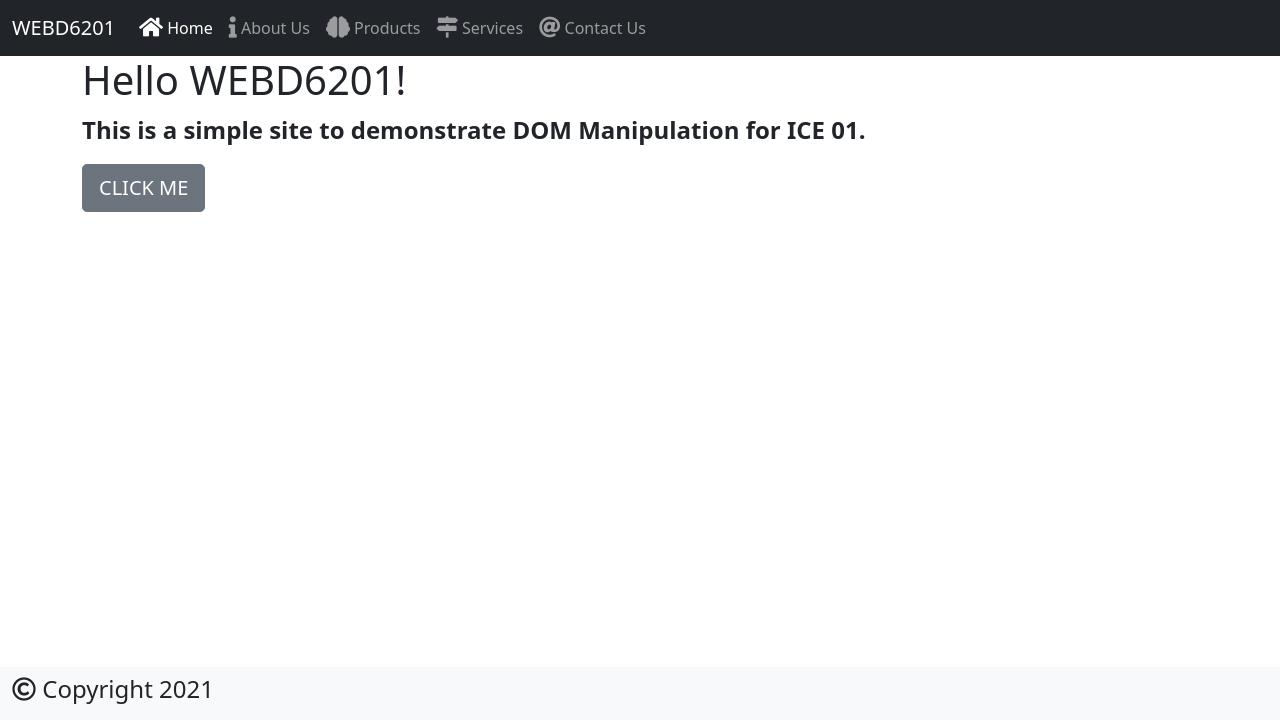
Repository: GarlicButterBoy/WEBD6201-Week1
Page: index.html
These files come from the project's save history. The page is drawn as it stood at one moment and after a run of saves; the edit follows.
The browser window is 1280 px wide. The pictures show the whole page.

Above is the page before, as saved 2021-01-20 09:43:42.

After the next 2 saves:
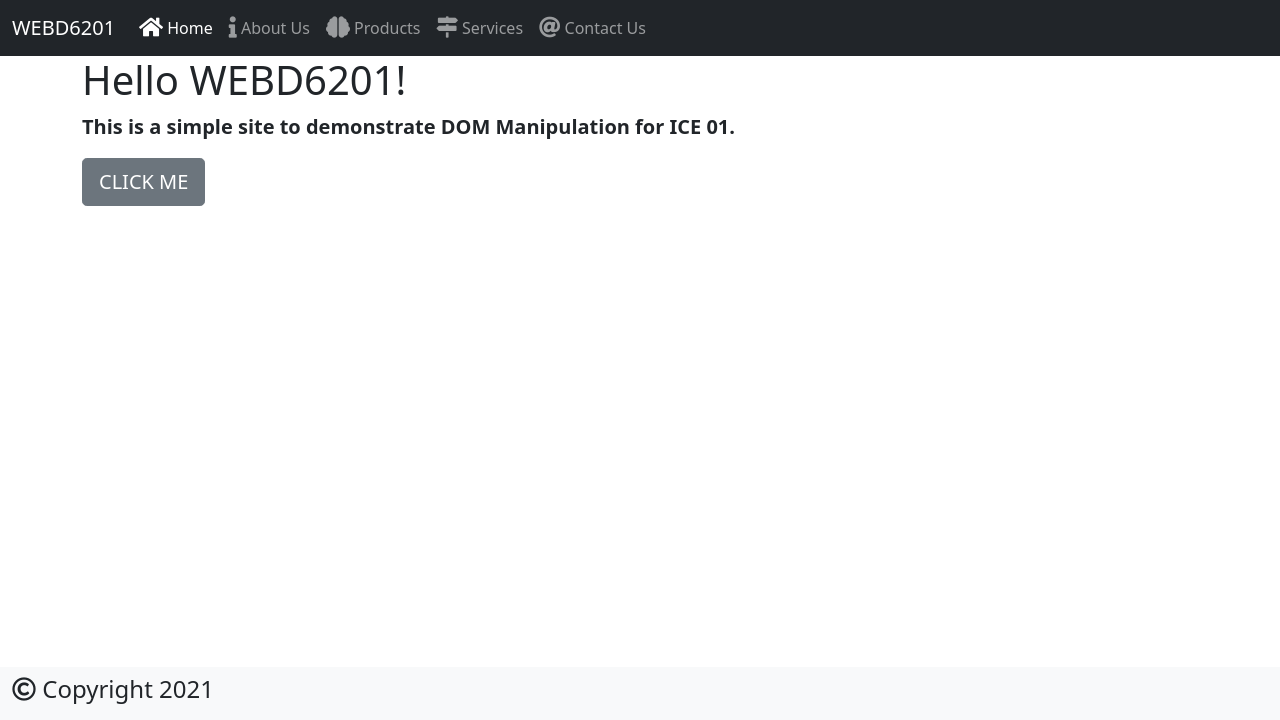
The 2 saves are shown as one change because they came seconds apart.
The last was saved 13 s later.
--- a/Scripts/app.js
+++ b/Scripts/app.js
@@ -20,7 +20,7 @@
 
        let paragraphOneElement = document.getElementById("paragraphOne");
 
-       paragraphOneElement.className = "fs-4 fw-bold";
+       paragraphOneElement.className = "fs-5 fw-bold";
        paragraphOneElement.textContent = paragraphOneText;
 
        for (let index = 0; index < 5; index++)
